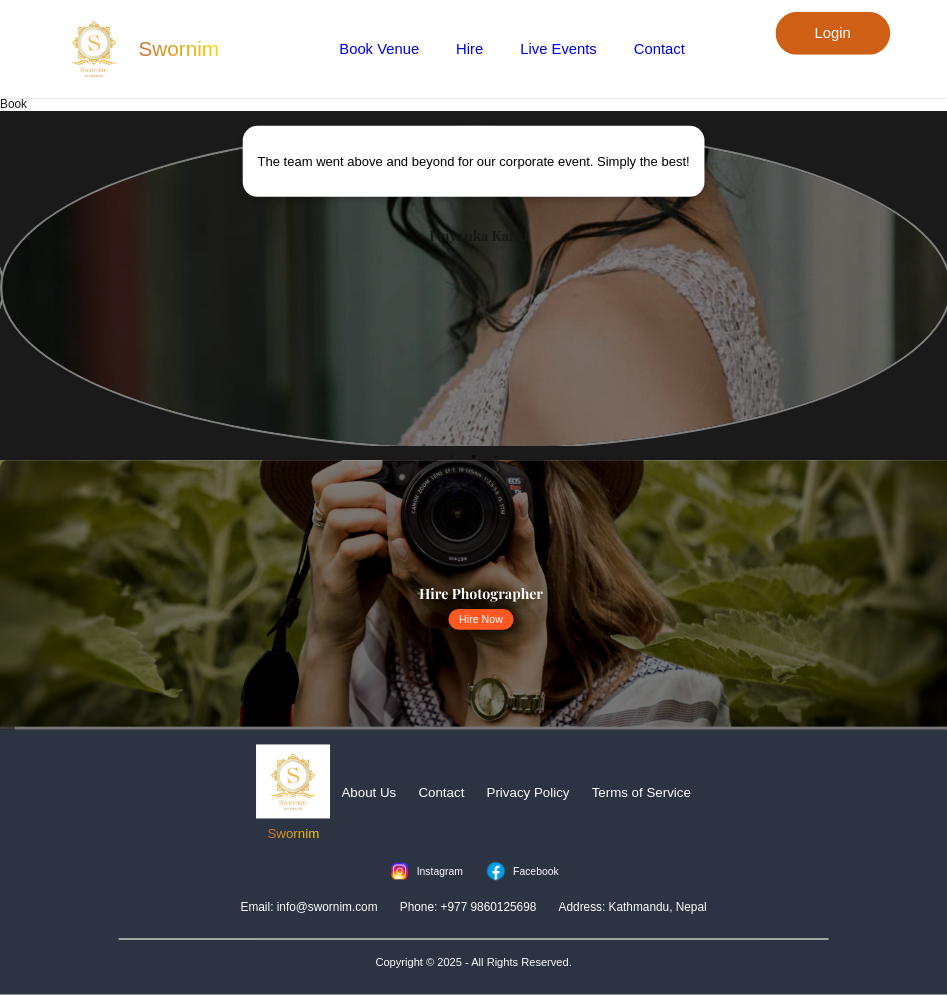
Repository: leonischu/Swornim
Page: / (app in frontend/)
The author's editor kept a copy of each file at every save. The page is drawn from the files as they stood at one save, then again after the next save.
The browser window is 1280 px wide. The pictures show the whole page, at 74% of full size.
Pictures or frames that could not be fetched are drawn as grey boxes. The project was rebuilt for these pictures with package versions that can differ from the ones it lists, and the page was loaded fresh each time. Also part of the build but not shown: frontend/src/App.css, frontend/src/Pages/Contact.jsx, frontend/src/Pages/LoginSignup.jsx.

Above is the page before, as saved 2025-06-01 20:41:05.

After the next save:
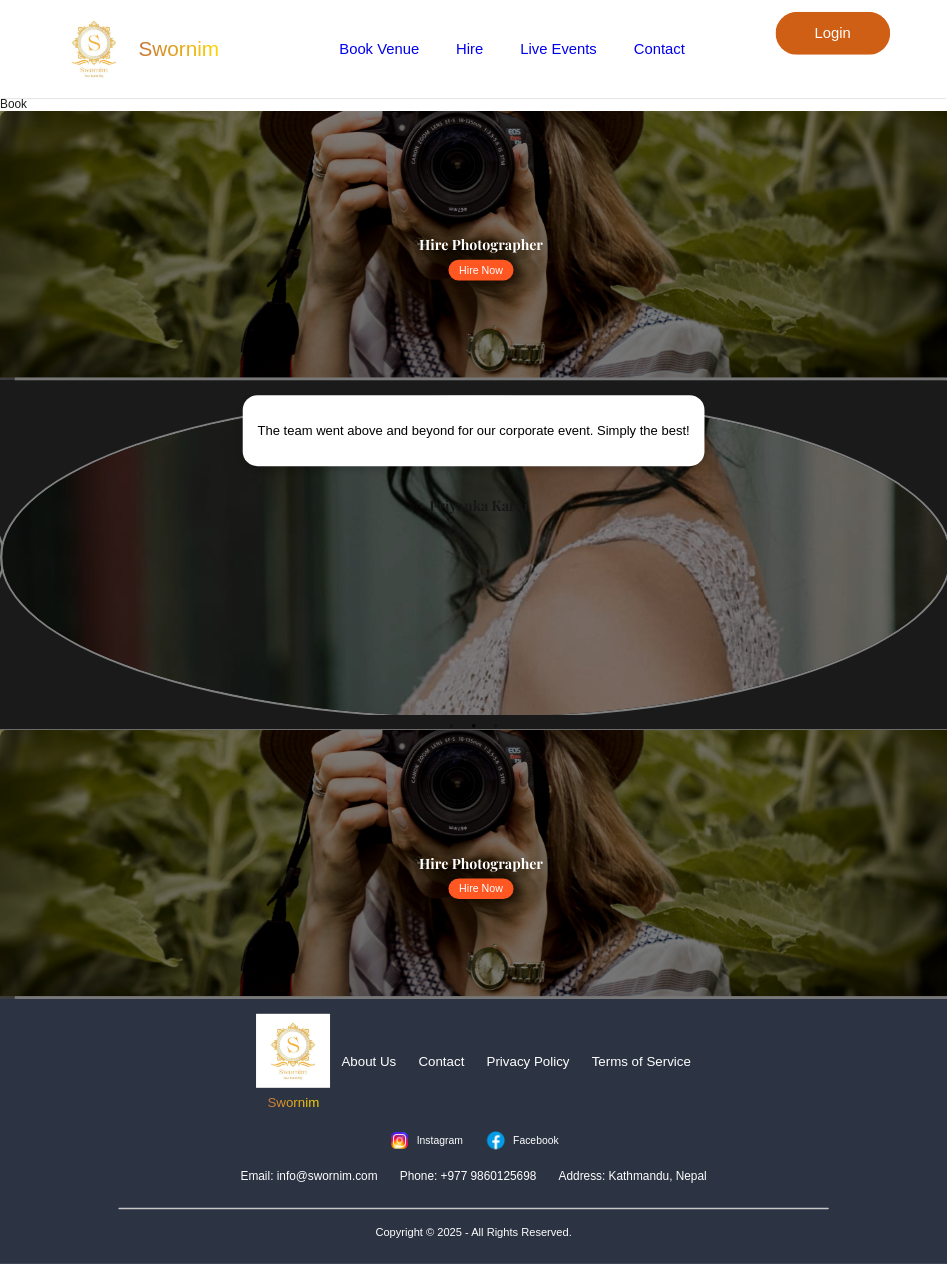
Saved 75 s later.
--- a/frontend/src/Pages/Book.jsx
+++ b/frontend/src/Pages/Book.jsx
@@ -1,10 +1,12 @@
 import React from 'react';
 import Clients  from '../Components/Clients/Clients';
+import Carousel from '../Components/Carousel/Carousel';
 
 
 export const Book = () => {
   return (
     <div>Book
+        <Carousel/>
         <Clients/>
     </div>
   )

After the save that followed:
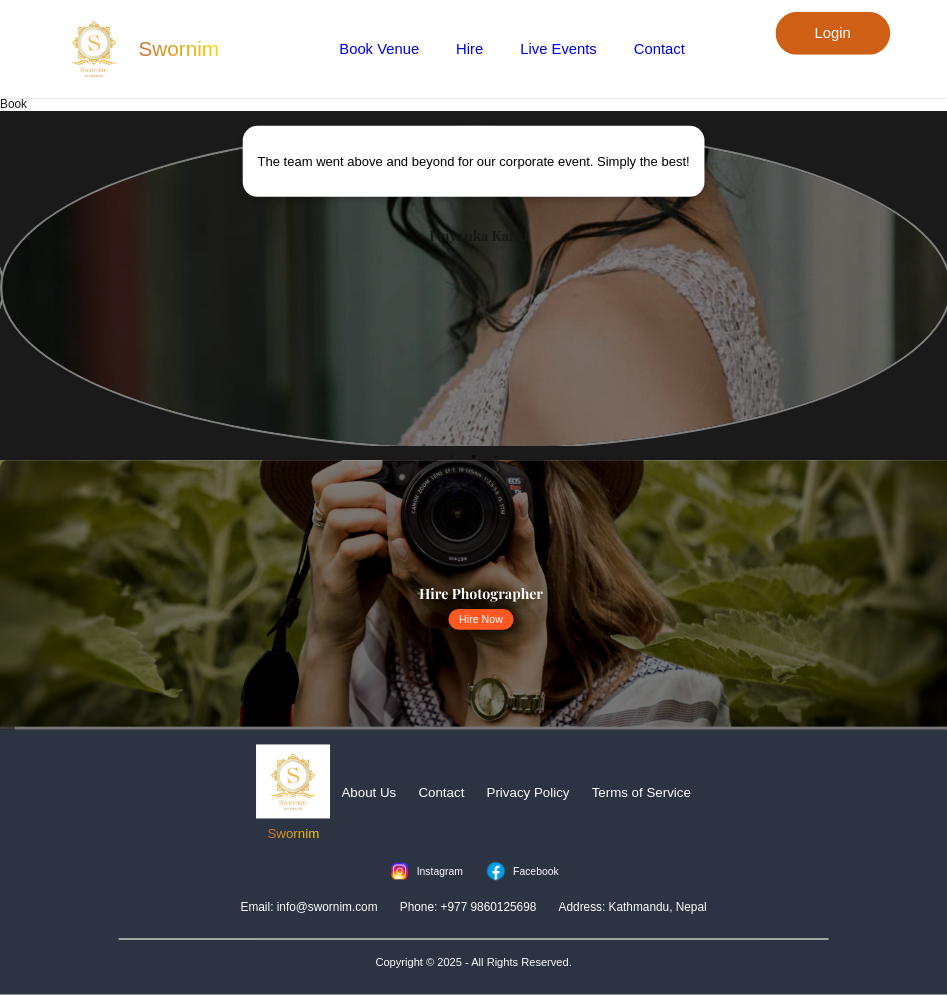
Saved 43 s later.
--- a/frontend/src/Pages/Book.jsx
+++ b/frontend/src/Pages/Book.jsx
@@ -6,7 +6,7 @@
 export const Book = () => {
   return (
     <div>Book
-        <Carousel/>
+
         <Clients/>
     </div>
   )
